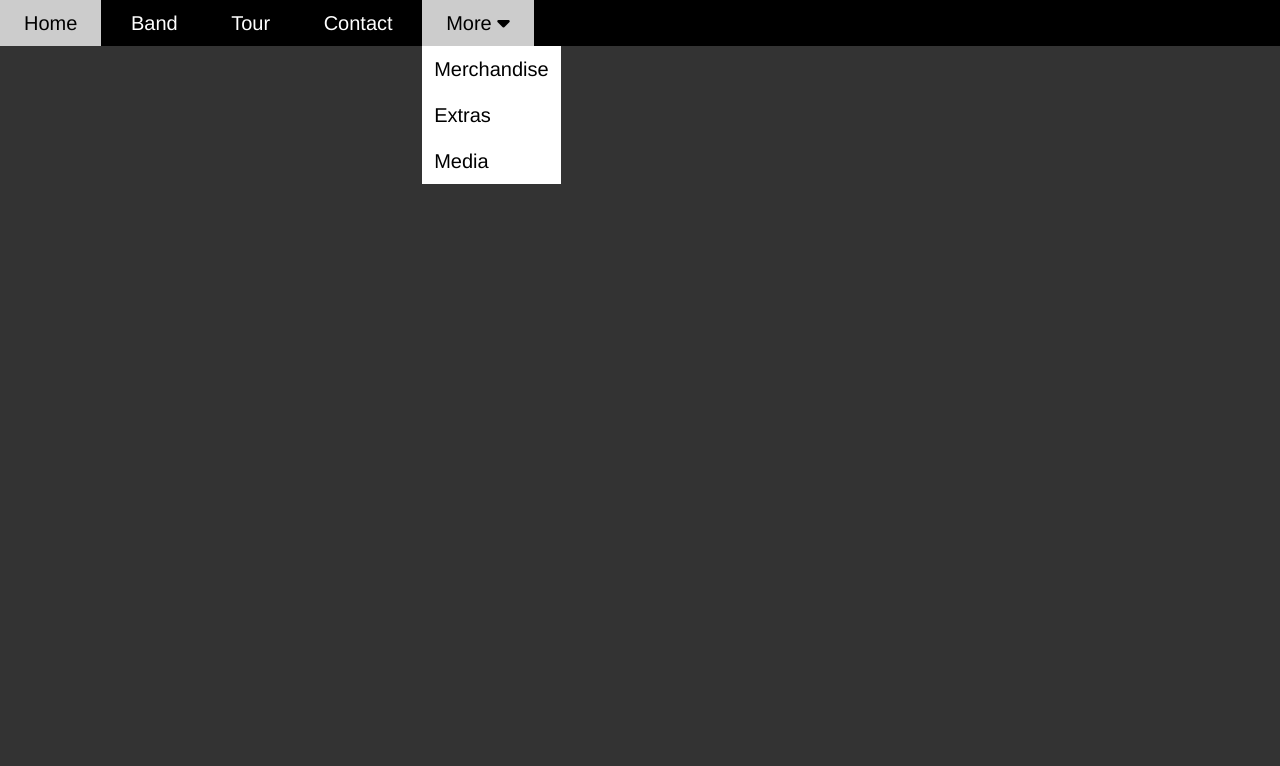
Repository: nugort/nugort.github.io
Page: f8/the-band/index.html
The author's editor kept a copy of each file at every save. The page is drawn from the files as they stood at one save, then again after the next save.
The browser window is 1280 px wide. The pictures show the whole page.
The pointer rests on the first visible `#nav .subnav li`.
Some web libraries are served in a nearby version.

Above is the page before, as saved 2022-02-07 04:42:25.

After the next save:
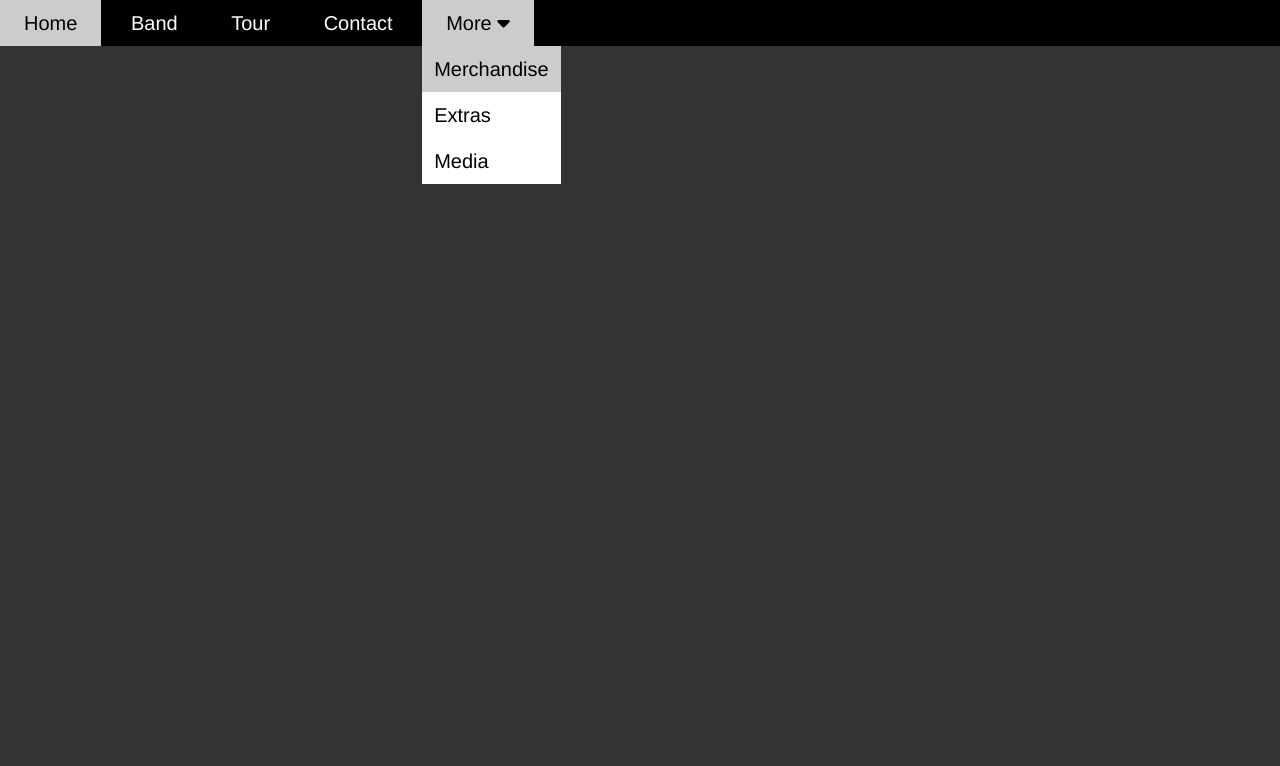
Saved 99 s later.
--- a/f8/the-band/assets/css/styles.css
+++ b/f8/the-band/assets/css/styles.css
@@ -109,6 +109,12 @@
     padding: 0px 12px;
 }
 
+#nav .subnav li:hover {
+    display: block;
+    color: #000;
+    background-color: #CCC;
+}
+
 #slider {
     height: 100vh;
     background-color: #333;

After the 2 saves that followed:
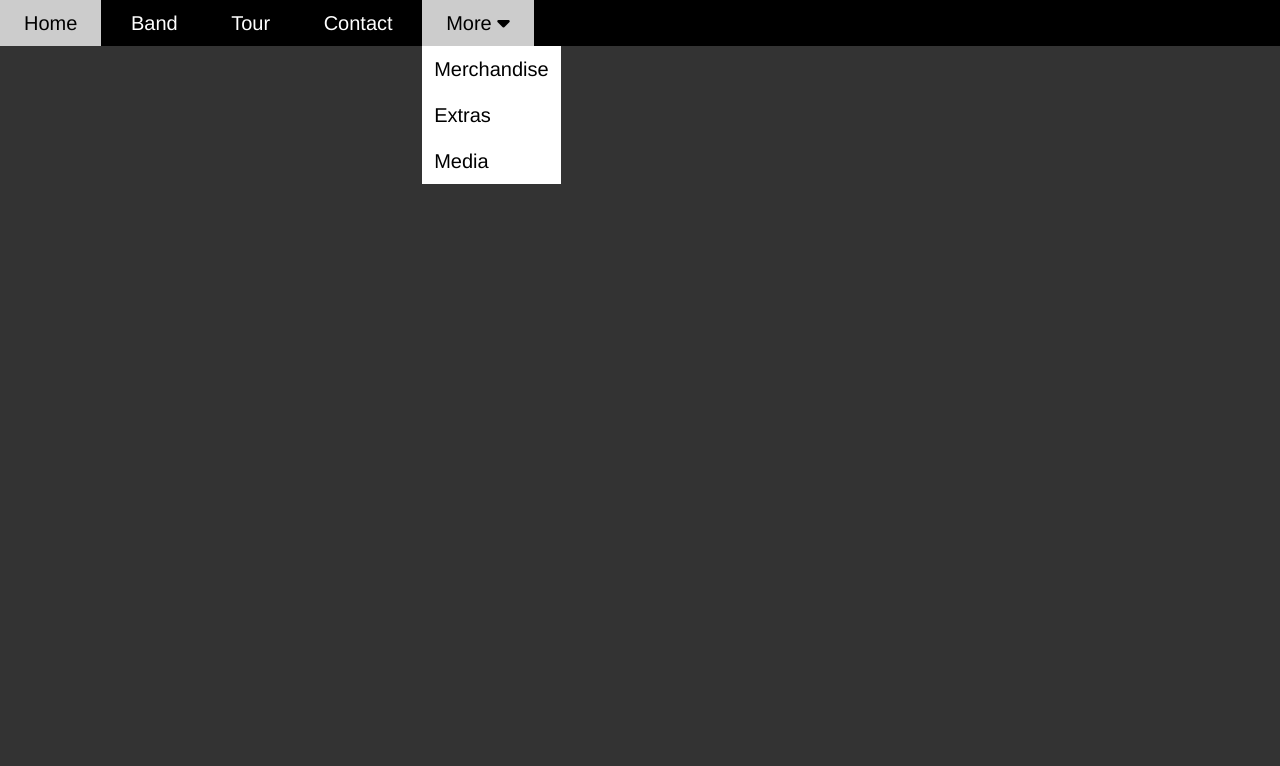
The 2 saves are shown as one change because 1 left the picture as it was.
The last was saved 60 s later.
--- a/f8/the-band/assets/css/styles.css
+++ b/f8/the-band/assets/css/styles.css
@@ -109,7 +109,7 @@
     padding: 0px 12px;
 }
 
-#nav .subnav li:hover {
+#nav .subnav a:hover {
     display: block;
     color: #000;
     background-color: #CCC;
